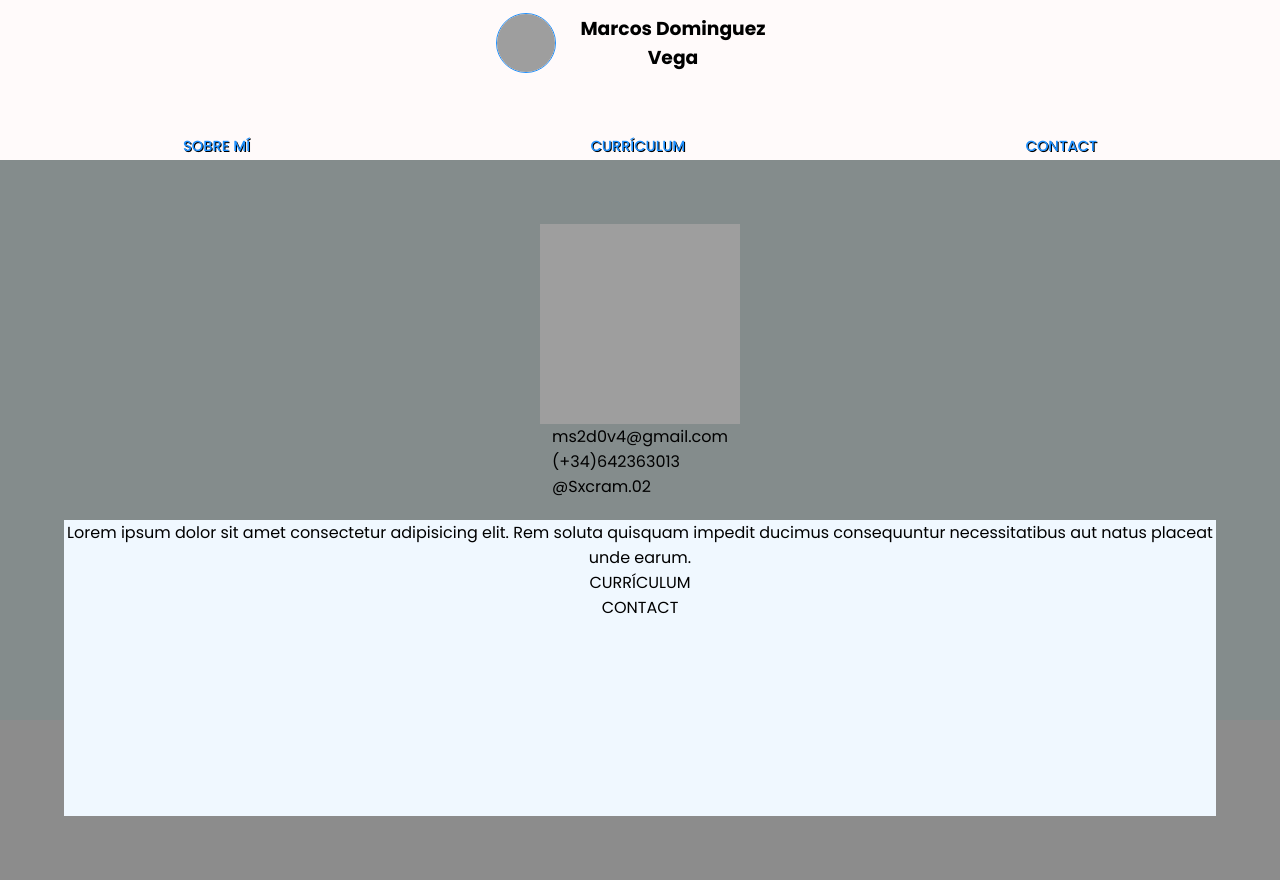
Repository: Sxcram02/Portfoliov.2
Page: index.html
An editor plug-in stored every save of this project. The page is shown before and after a run of saves, followed by the edit.
The browser window is 1280 px wide. The pictures show the whole page.
Pictures or frames that could not be fetched are drawn as grey boxes.

Above is the page before, as saved 2023-04-11 00:17:59.

### index.html
<!DOCTYPE html>
<html lang="en">
<head>
    <meta charset="UTF-8">
    <meta http-equiv="X-UA-Compatible" content="IE=edge">
    <meta name="viewport" content="width=device-width, initial-scale=1.0">
    <link rel="stylesheet" href="css/style.css" />
    <link rel="shortcut icon" href="https://picsum.photo/160" type="image/x-icon" />
    <title>miPortFolio</title>
</head>
<body>
    <div class="root">
        <header>
            <div class="box-porfile">
                <img src="https://picsum.photos/200" alt="porfile" />
                <h3 class="name">Marcos Dominguez Vega</h3>
            </div>
            <nav>
                <ul class="nav-bar">
                    <li><a href="">SOBRE MÍ</a></li>
                    <li><a href="">CURRÍCULUM</a></li>
                    <li><a href="">CONTACT</a></li>
                </ul>
            </nav>
        </header>
        <main>
            <section class="sobreMi">
                <article class="box-image">
                    <img src="https://picsum.photos/200" alt="porfile" />
                    <ul class="redes">
                        <li>ms2d0v4@gmail.com</li>
                        <li>(+34)642363013</li>
                        <li>@Sxcram.02</li>
                    </ul>
                </article>
                <article class="info">
                    <p>Lorem ipsum dolor sit amet consectetur adipisicing elit. Rem soluta quisquam impedit ducimus consequuntur necessitatibus aut natus placeat unde earum.</p>
                    <ul class="nav-bar2">
                        <li>CURRÍCULUM</li>
                        <li>CONTACT</li>
                    </ul>
                </article>
            </section>
        </main>
    </div>
</body>
</html>

### css/style.css
@import url('https://fonts.googleapis.com/css2?family=Poppins:ital,wght@0,400;0,500;0,600;0,700;0,800;0,900;1,400&display=swap');

* {
    margin: 0;
    padding: 0;
    box-sizing: border-box;
    font-family: 'Poppins',sans-serif;
    list-style: none;
    text-decoration: none;
}

.root {
    width: 100vw;
    height: 100vh;
    background-color: azure;
}

header {
    width: 100%;
    height: 10em;
    padding: 1%;
    background-color: snow;
    display: flex;
    flex-direction: column;
    align-items: center;
}

.box-porfile {
    display: flex;
    align-items: center;
    text-align: center;
}

.box-porfile > img {
    width: 60px;
    height: 60px;
    border-radius: 100%;
    margin-left: 2%;
    border: 1px solid dodgerblue;
}

.box-porfile > img:hover {
    border: 1px solid orange;
    transition: all 0.3s;
}

nav {
    width: 100%;
    margin-top: 5%;
}

.nav-bar {
    display: flex;
    align-items: center;
    justify-content: space-around;
    font-weight: 500;
    text-shadow: 1px 1px black;
    font-size: 11pt;
}

.nav-bar li > a {
    border-radius: 10px;
    padding: 10px;
    cursor: pointer;
    color: dodgerblue;
}

.nav-bar li:hover > a {
    background-color: rgba(128, 128, 128, 0.604);
    color:orange;
    transition: all 0.3s;
}

main {
    width: 100vw;
    height: 100vh;
}

.sobreMi {
    height: 100%;
    padding: 5%;
    background-color: rgba(0, 0, 0, 0.451);
    display: grid;
    grid-template-columns: 1,1fr;
    grid-template-rows: repeat(2,1.4fr);
}

.box-image {
    grid-column: 1/2;
    grid-row: 1/2;
    display: flex;
    flex-direction: column;
    align-items: center;
}

.info {
    grid-column: 1/2;
    grid-row: 2/3;
    text-align: center;
    background-color: aliceblue;
}

After the next 3 saves:
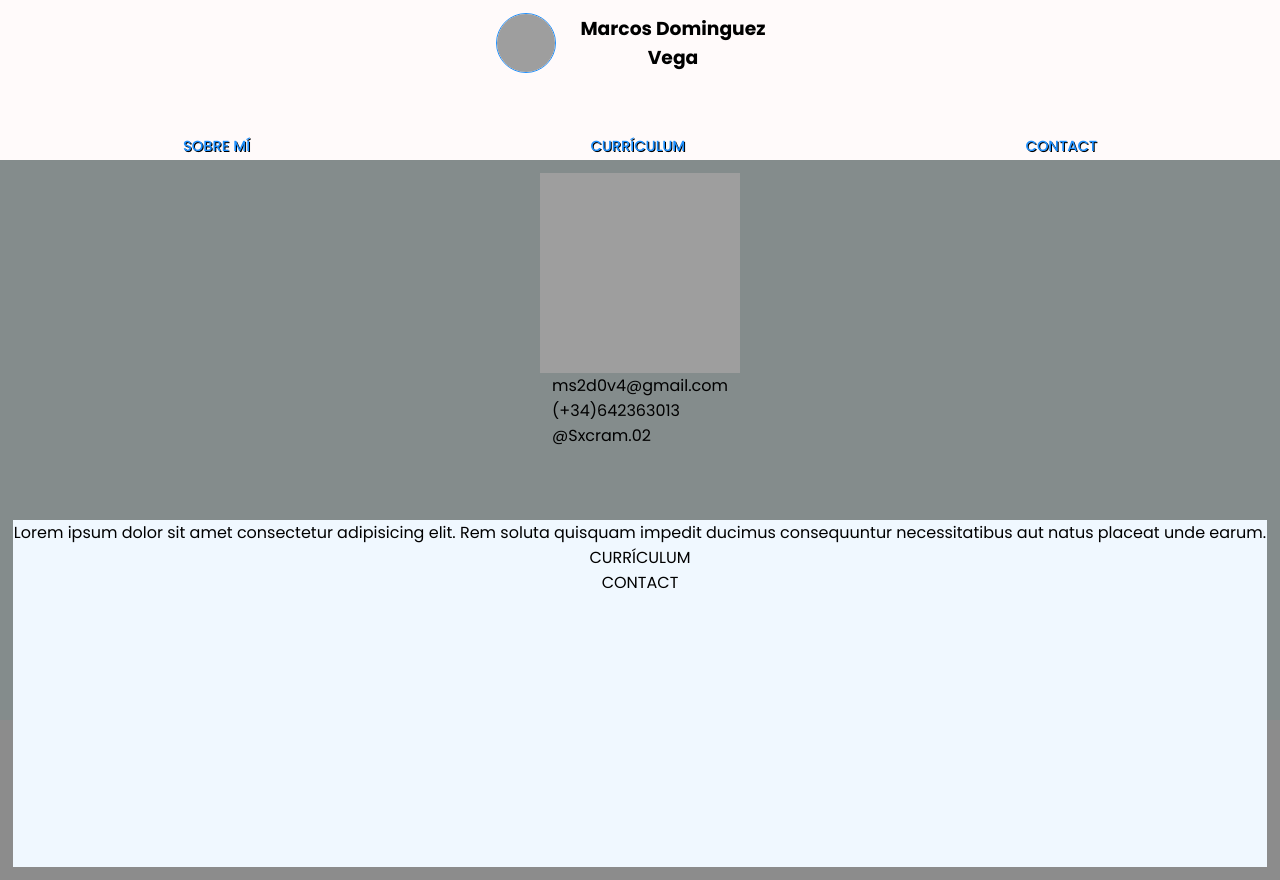
The 3 saves are shown as one change because they came seconds apart.
The last was saved 27 s later.
--- a/css/style.css
+++ b/css/style.css
@@ -78,7 +78,7 @@
 
 .sobreMi {
     height: 100%;
-    padding: 5%;
+    padding: 1%;
     background-color: rgba(0, 0, 0, 0.451);
     display: grid;
     grid-template-columns: 1,1fr;

After the save that followed:
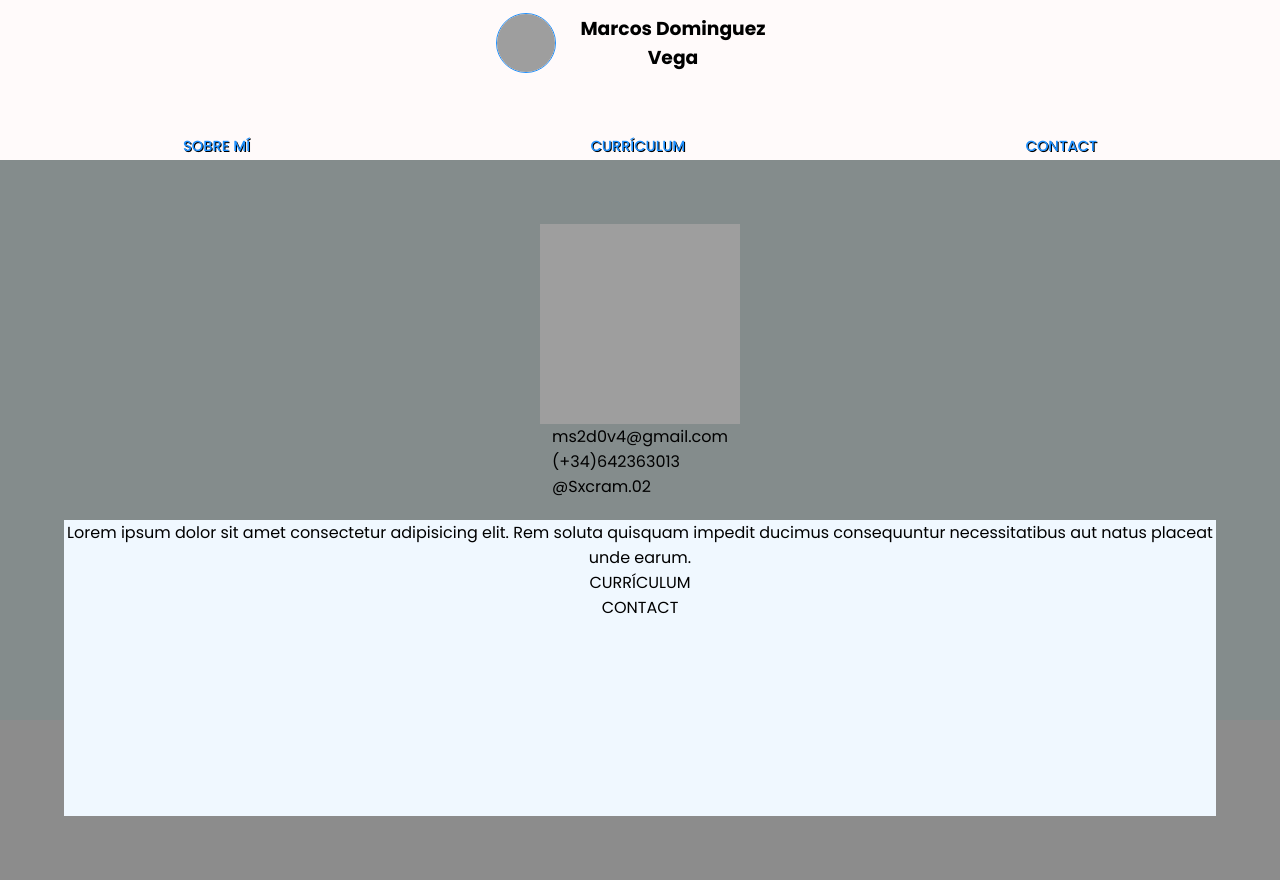
Saved 4 s later.
--- a/css/style.css
+++ b/css/style.css
@@ -78,7 +78,7 @@
 
 .sobreMi {
     height: 100%;
-    padding: 1%;
+    padding: 5%;
     background-color: rgba(0, 0, 0, 0.451);
     display: grid;
     grid-template-columns: 1,1fr;
